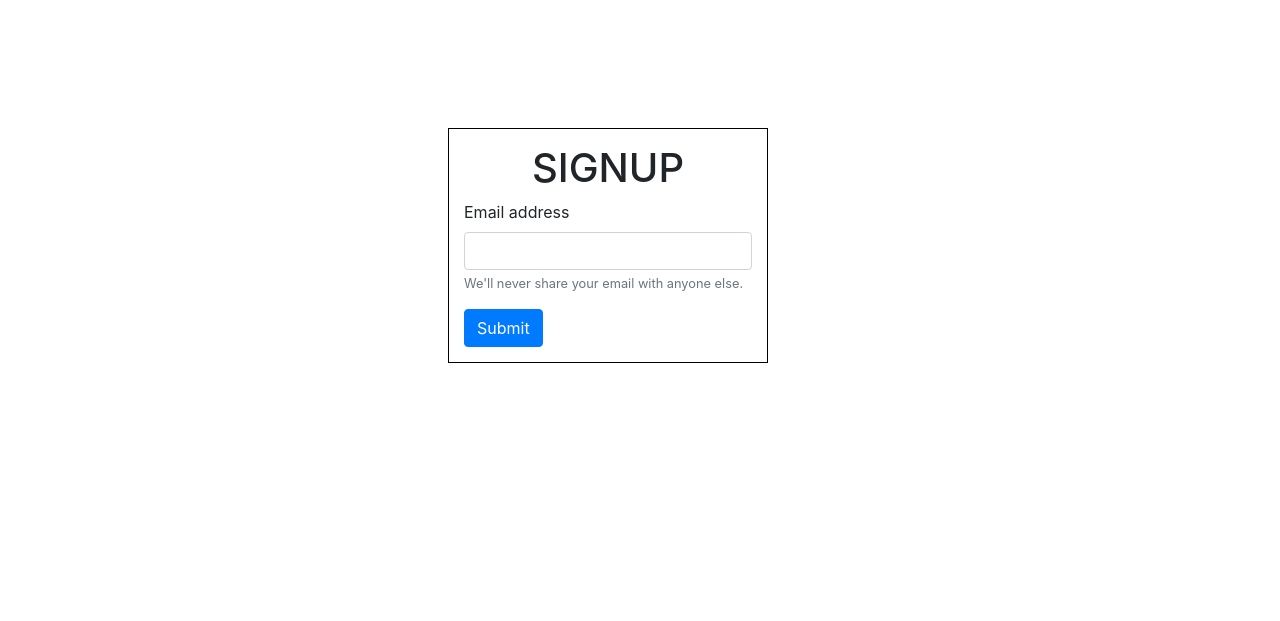
Repository: DhananjayaLakshan/PHP_CRUD_OOP1
Page: http://localhost/signup.php
These files come from the project's save history. The page is drawn as it stood at one moment and after the next save; the edit follows.
The browser window is 1280 px wide. The pictures show the whole page.
The page is run by PHP 8.4 with error messages shown; the project is at /var/www/html/.

Above is the page before, as saved 2023-11-30 12:12:30.

After the next save:
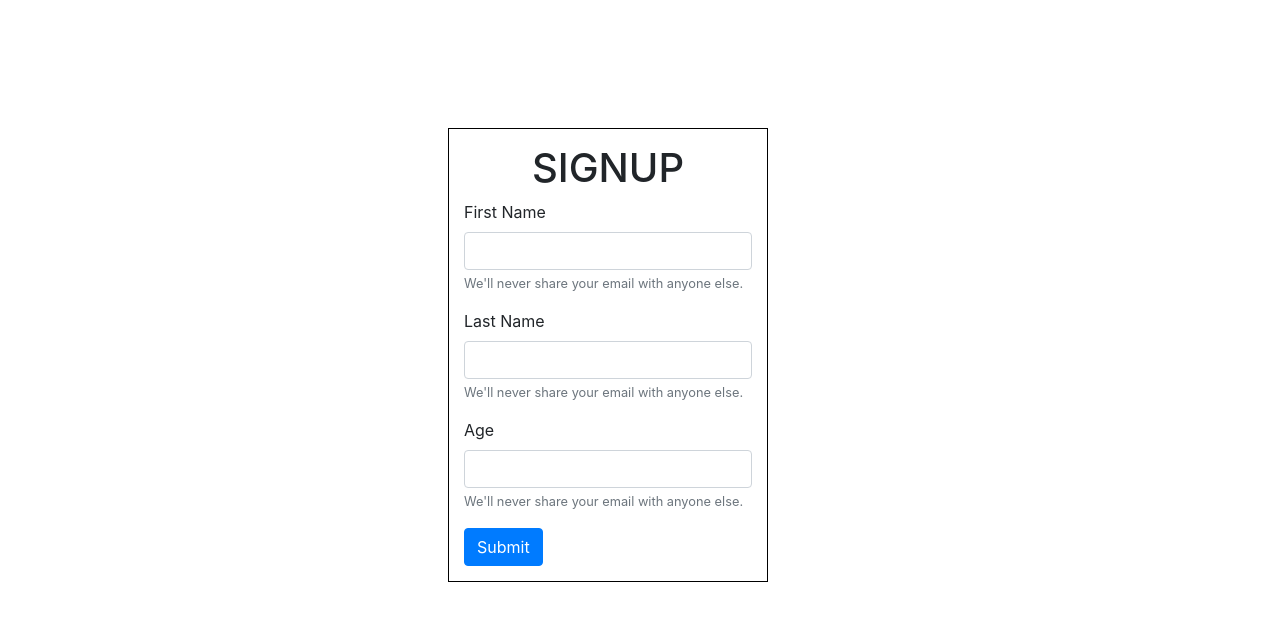
Saved 66 s later.
--- a/signup.php
+++ b/signup.php
@@ -17,11 +17,26 @@
 
     <form action="" method="post" style="width: 25%; margin: 10% 35%; border: 1px solid black; padding : 15px;">
     <h1 style="text-align: center; font-weight: 500;">SIGNUP</h1>
+
         <div class="form-group">
-            <label for="exampleInputEmail1">Email address</label>
-            <input type="email" class="form-control" id="exampleInputEmail1" aria-describedby="emailHelp">
+            <label for="exampleInputEmail1">First Name</label>
+            <input type="text" name="firstName" class="form-control" id="exampleInputEmail1" aria-describedby="emailHelp">
             <small id="emailHelp" class="form-text text-muted">We'll never share your email with anyone else.</small>
         </div>
+
+        <div class="form-group">
+            <label for="exampleInputEmail1">Last Name</label>
+            <input type="text" name="firstName" class="form-control" id="exampleInputEmail1" aria-describedby="emailHelp">
+            <small id="emailHelp" class="form-text text-muted">We'll never share your email with anyone else.</small>
+        </div>
+
+        <div class="form-group">
+            <label for="exampleInputEmail1">Age</label>
+            <input type="number" name="firstName" class="form-control" id="exampleInputEmail1" aria-describedby="emailHelp">
+            <small id="emailHelp" class="form-text text-muted">We'll never share your email with anyone else.</small>
+        </div>
+
+
 
         <button type="submit" class="btn btn-primary">Submit</button>
     </form>
